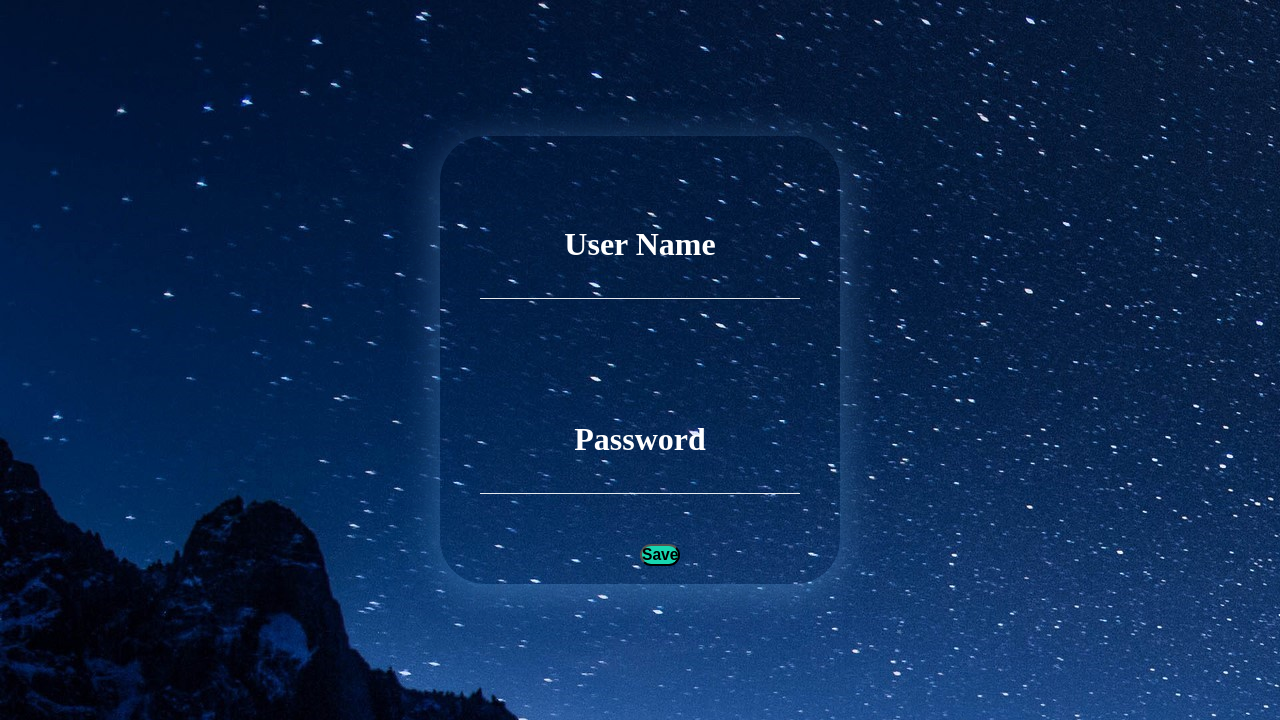
Repository: rkrukshan/Glass_Login_CSS
Page: login.html
These files come from the project's save history. The page is drawn as it stood at one moment and after the next save; the edit follows.
The browser window is 1280 px wide. The pictures show the whole page.

Above is the page before, as saved 2023-10-03 20:25:26.

### login.html
<!DOCTYPE html>
<html lang="en">

<head>
    <style>
        * {
            margin: 0;
            padding: 0;
            box-sizing: border-box;
            cursor: pointer;
        }

        body {
            height: 100vh;
            width: 100%;
            display: flex;
            justify-content: center;
            align-items: center;
        }

        form {
            width: 25rem;
            height: 28rem;
            flex-direction: column;
            box-shadow: 0 8px 41px 0 rgba(123, 191, 255, 0.37);
            border-radius: 45px;
            background: transparent;
        }

        input {
            width: 80%;
            margin: 5% auto;
            margin-bottom: 8%;
            border: none;
            outline: none;
            background: transparent;
            color: white;
            border-bottom: 1px solid rgb(255, 255, 255);
            opacity: .9;
        }

        button {
            background-color: rgb(23, 214, 176);
            position: absolute;
            align-items: center;
            border-radius: 50px;

        }
    </style>
    <meta charset="UTF-8">
    <meta name="viewport" content="width=device-width, initial-scale=1.0">
    <title>Document</title>
</head>

<body style="background-image: url(images/2.jpg);">
    <form action="">
        <center>
            <br><br><br><br><br>
            <center><label for="" style="color:white">
                    <h1><strong>User Name</strong></h1>
                </label>
                <input type="text">
            </center>
            <br><br><br><br><br>
            <center><label for="" style="color:white">
                    <h1><strong>Password</strong></h1>
                    <input type="text">
                </label></center>
            <br>
            <button><h3>Save</h3></button>
        </center>
    </form>
</body>

</html>

After the next save:
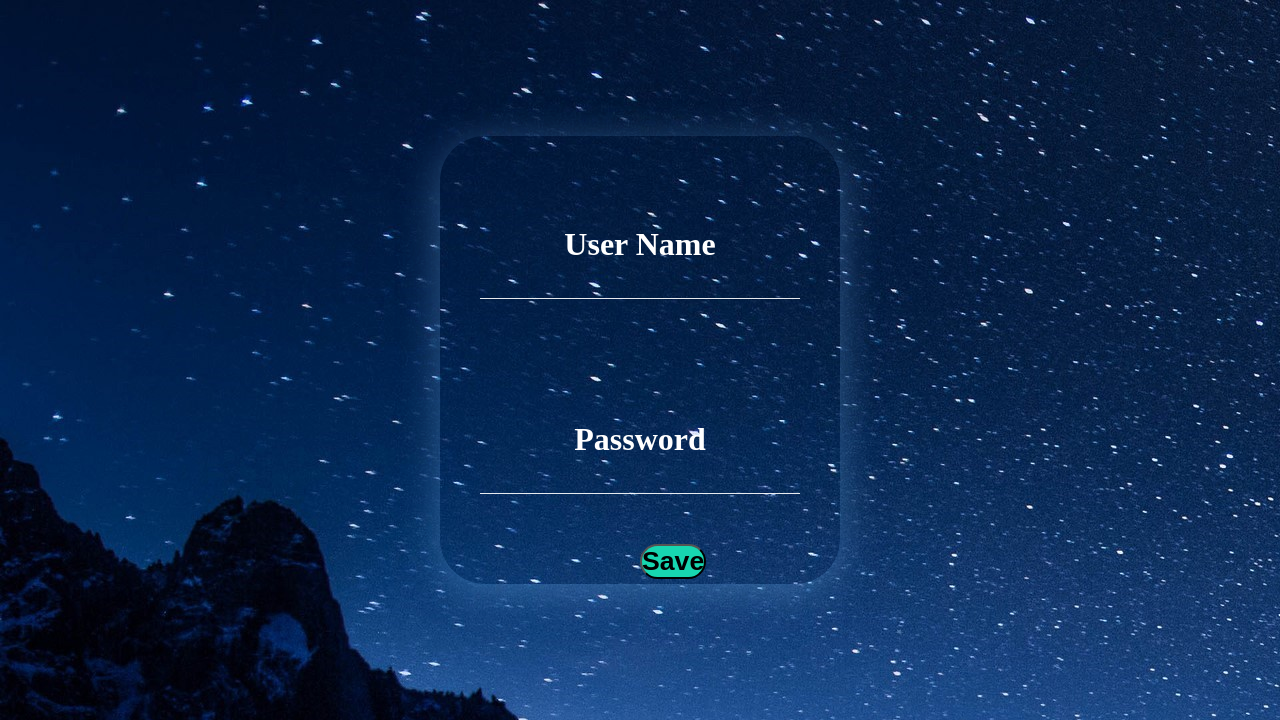
Saved 9 s later.
--- a/login.html
+++ b/login.html
@@ -67,7 +67,7 @@
                     <input type="text">
                 </label></center>
             <br>
-            <button><h3>Save</h3></button>
+            <button><h1>Save</h1></button>
         </center>
     </form>
 </body>
